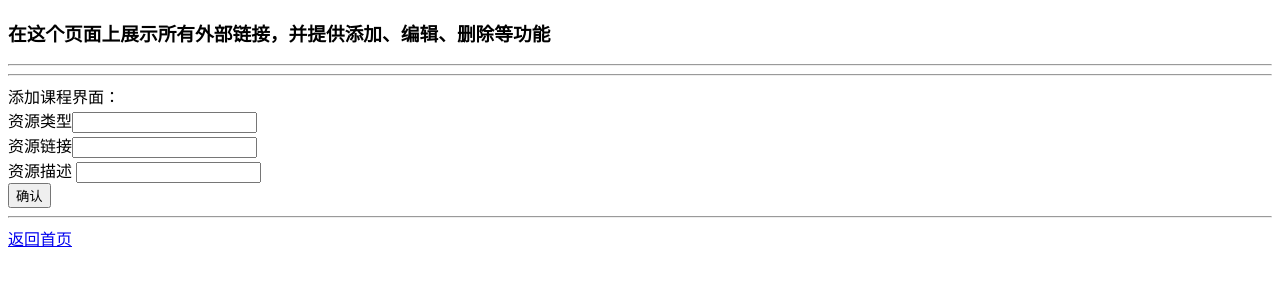
Repository: hbisheng/Academic-portal-website
Page: http://localhost/NewInfo/admin/media_manage.jsp
These files come from the project's save history. The page is drawn as it stood at one moment and after the next save; the edit follows.
The browser window is 1280 px wide. The pictures show the whole page.
The page is served by Tomcat 9. Other server files are loaded and not shown. Queries for data that is not in the repository find no rows.

Above is the page before, as saved 2014-09-21 14:56:04.

### Java_info/NewInfo/WebContent/admin/media_manage.jsp
<%@page import="edu.thu.cs.*"%>
<%@page import="jdbc.*"%>
<%@page import="java.util.*"%>

<%@ page language="java" contentType="text/html; charset=UTF-8"
    pageEncoding="UTF-8"%>
<!DOCTYPE html PUBLIC "-//W3C//DTD HTML 4.01 Transitional//EN" "http://www.w3.org/TR/html4/loose.dtd">
<html>
<head>
<meta http-equiv="Content-Type" content="text/html; charset=UTF-8">
<title>Insert title here</title>
</head>
<body>

<h3>在这个页面上展示所有外部链接，并提供添加、编辑、删除等功能</h3>


<%
	String this_url = "media_manage.jsp";
	JdbcDao jdbc = new JdbcDao();

	String action = request.getParameter("action");
	System.out.println(action);
	if(action != null)//删除某个课程
	{
		if(action.equals("delete"))
		{

		}
		else if(action.equals("yes_choose"))
		{

		}
	}
%>

<hr>
<%
	List<Integer> c= jdbc.getMediaIndex(0);
	int cnt = 0;
	if(c!=null){
		%><table>
		<tr><%

		for(Integer i : c)
		{
			++cnt;
			Media media = jdbc.getMedia(i);
			%><td><%=media.content %></td><%
			%><td><%=media.url %></td><%
			%><td><%=media.type%></td><%
		}
		%></tr><%
	}
%>

<hr><form name="添加外部资源"action=<%=this_url%> method="post">添加课程界面：
	<br/>资源类型<input type="text" name="type" />
	<br/>资源链接<input type="text" name="url" />
	<br/>资源描述 <input type="text" name="content" />
	<br/><input type="submit" name="add_confirm" value="确认" />
</form>
<%
	if(request.getParameter("add_confirm")!=null)//发布新课程
	{
		System.out.println("in add_confirm");
		try {
			Media m = new Media();

			String type = request.getParameter("type");
			if(type!=null)
				m.type = Integer.parseInt(type);

			m.url = request.getParameter("url");
			m.content = request.getParameter("content");

			if(m.isValid())
			{
				jdbc.addMedia(m);
				System.out.println("加入mediaID！");
				response.sendRedirect(this_url);
			}
			else{
				%>请补全所有信息，并注意type的表示（1：图片  2：音频  3：视频）<%
			}
		} catch (Exception e) {
			System.out.println(e);
		}
	}
%>


<hr><a href="../home.jsp">返回首页</a>
</body>
</html>

### Java_info/NewInfo/src/jdbc/JdbcDao.java
package jdbc;
import java.util.*;
import java.sql.*;
import edu.thu.cs.*;
import java.text.*;

public class JdbcDao {
	public String TAG = this.getClass().getName();
	public static String URL = "jdbc:mysql://localhost:3306/";
	public static String DATABASENAME = "info";
	static {
		try {
			Class.forName("com.mysql.jdbc.Driver");
		} catch (ClassNotFoundException e) {
			e.printStackTrace();
		}
	}

	public User addUser(User user) //参数user需要保证validate = true  需要提前检查重名
	{
		try {
			Connection conn = DriverManager.getConnection(URL + DATABASENAME,"root","");
			PreparedStatement Statement=conn.prepareStatement(
		    		"INSERT INTO user VALUES(NULL,?,?,?,?,?,?,?,?,?,?,?,?,?,?,?)");
		    Statement.setString(1,user.account);
		    Statement.setString(2,user.password);
		    Statement.setString(3,user.realname);
		    Statement.setString(4,user.nickname);
		    Statement.setString(5,user.sex);
		    Statement.setString(6,user.birth);
		    Statement.setString(7,user.phone);
		    Statement.setString(8,user.e_name);
		    Statement.setString(9,user.e_phone);
		    Statement.setString(10,user.address);
		    Statement.setString(11, user.qq);
		    Statement.setInt(12, user.verify);
		    Statement.setInt(13, user.permit_admin);
		    Statement.setInt(14, user.permit_post);
		    Statement.setInt(15, user.permit_login);
		    Statement.executeUpdate();
		    System.out.println("In addU:addUser");
		    if(conn != null)
		    	conn.close();
		    if(Statement != null)
		    	Statement.close();
		} catch (SQLException e) {
			e.printStackTrace();
		}
		user.id = 0;//search by account
		return getUser(user);
	}

	public User getUser(User user)//依次按照以下参数寻找  id, account, nickname, 它们都是唯一的，如果要跳过就置0或置null
	{
		User target = new User();
		target.id = 0;
		try {
			Connection conn = DriverManager.getConnection(URL + DATABASENAME,"root","");
			Statement stmt = conn.createStatement();
			ResultSet rs;
			if(user.id != 0)
			{
				 rs = stmt.executeQuery("select * from user where id="+user.id);
			}
			else if((user.account != null) && !(user.account.equals("")))
			{
				 rs = stmt.executeQuery("select * from user where account=\""+user.account+"\"");
			}
			else if((user.nickname != null)&& !(user.nickname.equals("")))
			{
				 rs = stmt.executeQuery("select * from user where nickname=\""+user.nickname+"\"");
				 System.out.println("getUser by nickname");
			}
			else
			{
				System.out.println("查找失败，没有提供足够的信息");
				return null;
			}
			while (rs.next()) {
		    	target.id = Integer.parseInt(rs.getString("id"));
		    	target.account = rs.getString("account");
		    	target.password = rs.getString("password");
		    	target.realname = rs.getString("realname");
		    	target.nickname = rs.getString("nickname");
		    	target.sex = rs.getString("sex");
		    	target.birth = rs.getString("birth");
		    	target.phone = rs.getString("phone");
		    	target.e_name = rs.getString("e_name");
		    	target.e_phone = rs.getString("e_phone");
		    	target.address = rs.getString("address");
		    	target.qq = rs.getString("qq");
		    	target.verify = Integer.parseInt(rs.getString("verify"));
		    	target.permit_admin = Integer.parseInt(rs.getString("permit_admin"));
		    	target.permit_post = Integer.parseInt(rs.getString("permit_post"));
		    	target.permit_login = Integer.parseInt(rs.getString("permit_login"));
			}
			if(conn != null)
		    	conn.close();
		    if(stmt != null)
		    	stmt.close();
		    if(rs != null)
		    	rs.close();
		} catch (SQLException e) {
			e.printStackTrace();
		}
		if(target.id == 0)//找不到该用户
		{
			System.out.println("没有找到符合要求的用户");
			return null;
		}
		else
			return target;
	}
	public void updateUser(User user)//the id has to be the old one, contents are new.
	{
		try {
			Connection conn = DriverManager.getConnection(URL + DATABASENAME,"root","");
			PreparedStatement Statement=conn.prepareStatement
					("update user set password=?,nickname=?, sex=?, birth=?,phone=?,"
					+ "e_name=?,e_phone=?,address=?,qq=?,verify=?,permit_admin=?,permit_post=?,permit_login=? where id ="+user.id);

			Statement.setString(1,user.password);
			Statement.setString(2,user.nickname);
			Statement.setString(3,user.sex);
			Statement.setString(4,user.birth);
			Statement.setString(5,user.phone);
			Statement.setString(6,user.e_name);
			Statement.setString(7,user.e_phone);
			Statement.setString(8,user.address);
			Statement.setString(9,user.qq);
			Statement.setInt(10, user.verify);
		    Statement.setInt(11, user.permit_admin);
		    Statement.setInt(12, user.permit_post);
		    Statement.setInt(13, user.permit_login);
		    Statement.executeUpdate();
		    if(conn != null)
		    	conn.close();
		    if(Statement != null)
		    	Statement.close();
		} catch (SQLException e) {
			e.printStackTrace();
		}
	}

	public List<Integer> getUserIndex() {
		List<Integer> list = new ArrayList<Integer>();
		try {
			Connection conn = DriverManager.getConnection(URL + DATABASENAME,"root","");
			Statement stmt = conn.createStatement();
			ResultSet rs = stmt.executeQuery("select * from user");
			while (rs.next()) {
				list.add(rs.getInt("id"));
			}
			if(conn != null)
		    	conn.close();
		    if(stmt != null)
		    	stmt.close();
		    if(rs != null)
		    	rs.close();
		} catch (SQLException e) {
			e.printStackTrace();
		}
		return list;
	}
	public void delUser(User user)
	{
		try {
			Connection conn = DriverManager.getConnection(URL + DATABASENAME,"root","");
			PreparedStatement Statement=conn.prepareStatement("delete from user where id=" + user.id);
			Statement.executeUpdate();
		} catch (SQLException e) {
			// TODO Auto-generated catch block
			e.printStackTrace();
		}
	}
	//About the course!!

	public int addCourse(Course course) //参数user需要保证validate = true  需要提前检查重名
	{
		int course_id = 0;
		try {
			Connection conn = DriverManager.getConnection(URL + DATABASENAME,"root","");
			PreparedStatement Statement=conn.prepareStatement(
		    		"INSERT INTO course VALUES(NULL,?,?,?,?,?,?,?,?)");
		    Statement.setInt(1,course.valid);
		    Statement.setString(2,course.name);
		    Statement.setString(3,course.teacher);
		    Statement.setString(4,course.content);
		    Statement.setInt(5,course.capacity);
		    Statement.setString(6,course.classtime);
		    Statement.setString(7,course.start_time);
		    Statement.setString(8,course.end_time);
		    Statement.executeUpdate();

		    Statement stmt = conn.createStatement();
		    ResultSet rs = stmt.executeQuery("select * from course where name=\""+course.name+"\" and teacher= \""+course.teacher+"\"");
		    while (rs.next()) {
				course_id = rs.getInt("id");
			}
		    if(conn != null)
		    	conn.close();
		    if(Statement != null)
		    	Statement.close();
		    if(stmt!=null)
		    	stmt.close();
		    if(rs!=null)
		    	rs.close();
		} catch (SQLException e) {
			e.printStackTrace();
		}
		return course_id;
	}

	public Course getCourse(int course_id)//依次按照以下参数寻找  id, account, nickname, 它们都是唯一的，如果要跳过就置0或置null
	{
		Course target = new Course();
		target.id = 0;
		try {
			Connection conn = DriverManager.getConnection(URL + DATABASENAME,"root","");
			Statement stmt = conn.createStatement();
			ResultSet rs;
			if(course_id != 0)
			{
				 rs = stmt.executeQuery("select * from course where id="+course_id+" and valid = 1");
			}
			else
			{
				System.out.println("查找失败,course中没有提供足够的信息");
				return null;
			}

			while (rs.next()) {
		    	target.id = Integer.parseInt(rs.getString("id"));
		    	target.valid = rs.getInt("valid");
		    	target.name = rs.getString("name");
		    	target.teacher = rs.getString("teacher");
		    	target.content = rs.getString("content");
		    	target.capacity = rs.getInt("capacity");
		    	target.classtime = rs.getString("classtime");
		    	target.start_time = rs.getString("start");
		    	target.end_time = rs.getString("end");
		    }
			if(conn != null)
		    	conn.close();
		    if(stmt != null)
		    	stmt.close();
		    if(rs != null)
		    	rs.close();
		} catch (SQLException e) {
			e.printStackTrace();
		}
		if(target.id == 0)//找不到该用户
		{
			System.out.println("没有找到符合要求的用户课程");
			return null;
		}
		else
			return target;
	}

	public void updateCourse(Course c)//the id has to be the old one, contents are new.
	{
		try {
			Connection conn = DriverManager.getConnection(URL + DATABASENAME,"root","");
			PreparedStatement Statement=conn.prepareStatement
			("update course set name=?,teacher=?, classtime=?, capacity=?, valid=?,"
					+ "content=?,start=?,end=? where id ="+c.id);
			Statement.setString(1,c.name);
			Statement.setString(2,c.teacher);
			Statement.setString(3,c.classtime);
			Statement.setInt(4,c.capacity);
			Statement.setInt(5,c.valid);
			Statement.setString(6,c.content);
			Statement.setString(7,c.start_time);
			Statement.setString(8,c.end_time);
		    Statement.executeUpdate();
		    if(conn != null)
		    	conn.close();
		    if(Statement != null)
		    	Statement.close();
		} catch (SQLException e) {
			e.printStackTrace();
		}
	}
	public void delCourse(int course_id) {
		try {
			Connection conn = DriverManager.getConnection(URL + DATABASENAME,"root","");
			PreparedStatement Statement=conn.prepareStatement("update course set valid = 0 where id=" + course_id);
			Statement.executeUpdate();
			if(conn != null)
		    	conn.close();
		    if(Statement != null)
		    	Statement.close();

		} catch (SQLException e) {
			// TODO Auto-generated catch block
			e.printStackTrace();
		}

		List<Integer> li = getUserCourse(course_id);
		for(Integer uid:li)
		{
			delUserCourse(uid, course_id);
		}
	}
	public List<Integer> getCourseIndex(int user_id)
	{
		List<Integer> list_c= new ArrayList<Integer>();
		try {
			Connection conn = DriverManager.getConnection(URL + DATABASENAME,"root","");
			Statement stmt = conn.createStatement();
			ResultSet rs;
			if(user_id == 0)
			{
				rs = stmt.executeQuery("select * from course where valid = 1");
				while(rs.next())
				{
					list_c.add(rs.getInt("id"));
				}
			}
			else
			{
				rs = stmt.executeQuery("select * from user_course where user_id="+user_id+" and valid = 1");
				while(rs.next())
				{
					list_c.add(rs.getInt("course_id"));
				}
			}

			if(conn != null)
		    	conn.close();
		    if(stmt != null)
		    	stmt.close();
		    if(rs != null)
		    	rs.close();
		} catch (SQLException e) {
			// TODO Auto-generated catch block
			e.printStackTrace();
		}
		return list_c;
	}

	public void addUserCourse(int uid, int cid)
	{
		int yesValid = 1;
		int yesNew = 1;
		try {
			Connection conn = DriverManager.getConnection(URL + DATABASENAME,"root","");
			PreparedStatement Statement=conn.prepareStatement("insert into user_course VALUES(?,?,?,?,?)");
			Statement.setInt(1,uid);
			Statement.setInt(2,cid);
			Statement.setInt(3,yesValid);
			Statement.setInt(4,yesNew);

			SimpleDateFormat df = new SimpleDateFormat("yyyy-MM-dd HH:mm:ss");
			Calendar c = Calendar.getInstance();
			Statement.setString(5, df.format(c.getTime()));

			Statement.executeUpdate();
			if(conn != null)
		    	conn.close();
		    if(Statement != null)
		    	Statement.close();

		} catch (SQLException e) {
			// TODO Auto-generated catch block
			e.printStackTrace();
		}
	}
	public void delUserCourse(int uid, int cid)
	{
		int yesValid = 0;
		int yesNew = 0;
		try {
			Connection conn = DriverManager.getConnection(URL + DATABASENAME,"root","");
			PreparedStatement Statement=conn.prepareStatement("update user_course set valid = 0 where course_id=? and user_id=?");
			Statement.setInt(1,cid);
			Statement.setInt(2,uid);
			Statement.executeUpdate();

			Statement=conn.prepareStatement("insert into user_course VALUES(?,?,?,?,?)");
			Statement.setInt(1,uid);
			Statement.setInt(2,cid);
			Statement.setInt(3,yesValid);
			Statement.setInt(4,yesNew);

			SimpleDateFormat df = new SimpleDateFormat("yyyy-MM-dd HH:mm:ss");
			Calendar c = Calendar.getInstance();
			Statement.setString(5, df.format(c.getTime()));
			Statement.executeUpdate();

			if(conn != null)
		    	conn.close();
		    if(Statement != null)
		    	Statement.close();
		} catch (SQLException e) {
			// TODO Auto-generated catch block
			e.printStackTrace();
		}
	}
	public int checkUserCourse(int uid, int cid)
	{
		try {
			//sSystem.out.println("In checkUC uid:"+uid+" cid: "+cid);
			Connection conn = DriverManager.getConnection(URL + DATABASENAME,"root","");
			Statement stmt = conn.createStatement();
			ResultSet rs = stmt.executeQuery("select * from user_course where course_id="+cid+" and valid=1 and user_id="+uid);

			String s = null;
			while(rs.next())
			{
				s = rs.getString("time");
			}
			if(s != null)
			{
				return 1;
			}
			conn.close();
			stmt.close();
			rs.close();
		} catch (SQLException e) {
			// TODO Auto-generated catch block
			e.printStackTrace();
		}
		//System.out.println("return 0");
		return 0;
	}

	public List<Integer> getUserCourse(int course_id)//get the list of the users_id that has this course
	{
		List<Integer> list_c= new ArrayList<Integer>();
		try {
			Connection conn = DriverManager.getConnection(URL + DATABASENAME,"root","");
			Statement stmt = conn.createStatement();
			ResultSet rs;
			if(course_id == 0)
			{
				System.out.println("In getUserCourse 没有提供课程编号");
				return null;
			}
			else
			{
				rs = stmt.executeQuery("select * from user_course where course_id="+course_id+" and valid=1");
				while(rs.next())
				{
					list_c.add(rs.getInt("user_id"));
				}
			}
			if(conn != null)
		    	conn.close();
		    if(stmt != null)
		    	stmt.close();
		    if(rs != null)
		    	rs.close();
		} catch (SQLException e)
		{
			// TODO Auto-generated catch block
			e.printStackTrace();
		}
		return list_c;
	}
	public List<UserCourse> getUserCourseHistory(int user_id)//get the list of the users_id that has this course
	{
		List<UserCourse> list_c= new ArrayList<UserCourse>();
		try {
			Connection conn = DriverManager.getConnection(URL + DATABASENAME,"root","");
			Statement stmt = conn.createStatement();
			ResultSet rs;
			if(user_id == 0)
			{
				System.out.println("In getUserCourseHistory 没有提供user编号");
				return null;
			}
			else
			{
				rs = stmt.executeQuery("select * from user_course where user_id="+user_id);
				while(rs.next())
				{
					UserCourse tmp = new UserCourse();
					tmp.user_id = rs.getInt("user_id");
					tmp.course_id = rs.getInt("course_id");
					tmp.valid = rs.getInt("valid");
					tmp.operation = rs.getInt("operation");
					tmp.time = rs.getString("time").substring(0, 19);
					list_c.add(tmp);
				}
			}
			if(conn != null)
		    	conn.close();
		    if(stmt != null)
		    	stmt.close();
		    if(rs != null)
		    	rs.close();
		} catch (SQLException e)
		{
			// TODO Auto-generated catch block
			e.printStackTrace();
		}
		return list_c;
	}

	public void addCategory(Category c)
	{
		try {
			Connection conn = DriverManager.getConnection(URL + DATABASENAME,"root","");
			PreparedStatement Statement=conn.prepareStatement("insert into category VALUES(NULL,?)");
			Statement.setString(1,c.name);
			Statement.executeUpdate();
			if(conn != null)
		    	conn.close();
		    if(Statement != null)
		    	Statement.close();
		} catch (SQLException e) {
			// TODO Auto-generated catch block
			e.printStackTrace();
		}
	}
	public Category getCategory(int id)
	{
		Category c = new Category();
		try {
			Connection conn = DriverManager.getConnection(URL + DATABASENAME,"root","");
			Statement stmt = conn.createStatement();
			ResultSet rs = stmt.executeQuery("select * from category where id ="+id);
		    while (rs.next()) {
		    	c.id = rs.getInt("id");
		    	c.name = rs.getString("Name");
		    }
		    if(conn != null)
		    	conn.close();
		    if(stmt != null)
		    	stmt.close();
		    if(rs != null)
		    	rs.close();
		} catch (SQLException e) {
			// TODO Auto-generated catch block
			e.printStackTrace();
		}
		return c;
	}
	public void delCategory(int category_id)
	{
		try {
			Connection conn = DriverManager.getConnection(URL + DATABASENAME,"root","");
			PreparedStatement Statement=conn.prepareStatement("delete from category where id=" + category_id);
			Statement.executeUpdate();
		} catch (SQLException e) {
			// TODO Auto-generated catch block
			e.printStackTrace();
		}
	}
	public List<Integer> getCategoryIndex()
	{
		List<Integer> list_c= new ArrayList<Integer>();
		try {
			Connection conn = DriverManager.getConnection(URL + DATABASENAME,"root","");
			Statement stmt = conn.createStatement();
			ResultSet rs = stmt.executeQuery("select * from category");
			while(rs.next())
		 	{
				list_c.add(rs.getInt("id"));
			}
			if(conn != null)
		    	conn.close();
		    if(stmt != null)
		    	stmt.close();
		    if(rs != null)
		    	rs.close();
		} catch (SQLException e) {
			// TODO Auto-generated catch block
			e.printStackTrace();
		}
		return list_c;
	}


	public int addPost(Post post){
		int post_id=0;
		try {
			Connection conn = DriverManager.getConnection(URL + DATABASENAME,"root","");
			PreparedStatement Statement=conn.prepareStatement("insert into post VALUES(NULL,?,?,?,?)");
			Statement.setInt(1,post.category_id);
		    Statement.setString(2,post.topic);
		    Statement.setString(3,post.initiator);
		    SimpleDateFormat df = new SimpleDateFormat("yyyy-MM-dd HH:mm:ss");
			Calendar c = Calendar.getInstance();
			Statement.setString(4, df.format(c.getTime()));
		    Statement.executeUpdate();

		    Statement stmt = conn.createStatement();
			ResultSet rs = stmt.executeQuery("select * from post where topic=\""+post.topic+"\" and category_id = "+post.category_id);
		    while (rs.next()) {
				post_id = rs.getInt("id");
			}

		    if(conn != null)
		    	conn.close();
		    if(Statement != null)
		    	Statement.close();
		    if(stmt != null)
		    	stmt.close();
		    if(rs != null)
		    	rs.close();

		} catch (SQLException e) {
			// TODO Auto-generated catch block
			e.printStackTrace();
		}
		return post_id;
	}
	public void delPost(int post_id)
	{
		try {
			Connection conn = DriverManager.getConnection(URL + DATABASENAME,"root","");
			PreparedStatement Statement=conn.prepareStatement("delete from post where id=" + post_id);
			Statement.executeUpdate();
			if(conn != null)
		    	conn.close();
		    if(Statement != null)
		    	Statement.close();
		} catch (SQLException e) {
			// TODO Auto-generated catch block
			e.printStackTrace();
		}
	}

	public Post getPost(int post_id)
	{
		Post p = new Post();
		try {
			Connection conn = DriverManager.getConnection(URL + DATABASENAME,"root","");
			Statement stmt = conn.createStatement();
			ResultSet rs = stmt.executeQuery("select * from post where id ="+post_id);
		    while (rs.next()) {
		    	p.id = rs.getInt("id");
		    	p.category_id = rs.getInt("category_id");
		    	p.initiator = rs.getString("initiator");
		    	p.topic = rs.getString("topic");
		    	p.time = rs.getString("time").substring(0,19);
		    }
		    if(conn != null)
		    	conn.close();
		    if(stmt != null)
		    	stmt.close();
		    if(rs != null)
		    	rs.close();
		} catch (SQLException e) {
			// TODO Auto-generated catch block
			e.printStackTrace();
		}
		return p;
	}

	public List<Integer> getPostIndex(int category_id)
	{
		List<Integer> list_c= new ArrayList<Integer>();
		try {
			Connection conn = DriverManager.getConnection(URL + DATABASENAME,"root","");
			Statement stmt = conn.createStatement();
			ResultSet rs = stmt.executeQuery("select * from post where category_id="+category_id);
			while(rs.next())
		 	{
				list_c.add(rs.getInt("id"));
			}
			if(conn != null)
		    	conn.close();
		    if(stmt != null)
		    	stmt.close();
		    if(rs != null)
		    	rs.close();
		} catch (SQLException e) {
			// TODO Auto-generated catch block
			e.printStackTrace();
		}
		return list_c;
	}


	public int addReply(Reply reply){
		try {
			Connection conn = DriverManager.getConnection(URL + DATABASENAME,"root","");
			PreparedStatement Statement=conn.prepareStatement("INSERT INTO reply VALUES(NULL,?,?,?,?)");
			Statement.setString(1,reply.content);
		    Statement.setString(2,Integer.toString(reply.post_id));
		    Statement.setString(3,Integer.toString(reply.user_id));
		    SimpleDateFormat df = new SimpleDateFormat("yyyy-MM-dd HH:mm:ss");
			Calendar c = Calendar.getInstance();
			Statement.setString(4, df.format(c.getTime()));
		    Statement.executeUpdate();
		    if(conn != null)
		    	conn.close();
		    if(Statement != null)
		    	Statement.close();
		} catch (SQLException e) {
			// TODO Auto-generated catch block
			e.printStackTrace();
		}
		return 0;
	}
	public List<Reply> getReplyList(int post_id)
	{
		List<Reply> list_c= new ArrayList<Reply>();
		try {
			Connection conn = DriverManager.getConnection(URL + DATABASENAME,"root","");
			Statement stmt = conn.createStatement();
			ResultSet rs = stmt.executeQuery("select * from reply where post_id="+post_id);
			while(rs.next())
		 	{
				Reply tmp = new Reply();
				tmp.id = rs.getInt("id");
				tmp.post_id = post_id;
				tmp.content = rs.getString("content");
				tmp.user_id = rs.getInt("user_id");
				tmp.time = rs.getString("time").substring(0,19);
				list_c.add(tmp);
			}
			if(conn != null)
		    	conn.close();
		    if(stmt != null)
		    	stmt.close();
		    if(rs != null)
		    	rs.close();
		} catch (SQLException e) {
			// TODO Auto-generated catch block
			e.printStackTrace();
		}
		return list_c;
	}
	public void delReply(int id)
	{
		try {
			Connection conn = DriverManager.getConnection(URL + DATABASENAME,"root","");
			PreparedStatement Statement=conn.prepareStatement("delete from reply where id=" + id);
			Statement.executeUpdate();
		} catch (SQLException e) {
			// TODO Auto-generated catch block
			e.printStackTrace();
		}
	}

	public void addMedia(Media m){
		try {
			Connection conn = DriverManager.getConnection(URL + DATABASENAME,"root","");
			PreparedStatement Statement=conn.prepareStatement("insert into media VALUES(NULL,?,?,?,?)");
			Statement.setInt(1,m.type);
		    Statement.setString(2,m.url);
		    Statement.setString(3,m.name);
		    Statement.setString(4,m.content);
		    Statement.executeUpdate();

		    conn.close();
		    Statement.close();
		} catch (SQLException e) {
			// TODO Auto-generated catch block
			e.printStackTrace();
		}
	}
	public void delMedia(int media_id)
	{
		try {
			Connection conn = DriverManager.getConnection(URL + DATABASENAME,"root","");
			PreparedStatement Statement=conn.prepareStatement("delete from media where id=" + media_id);
			Statement.executeUpdate();
		} catch (SQLException e) {
			// TODO Auto-generated catch block
			e.printStackTrace();
		}
	}

	public Media getMedia(int media_id)
	{
		Media p = new Media();
		try {
			Connection conn = DriverManager.getConnection(URL + DATABASENAME,"root","");
			Statement stmt = conn.createStatement();
			ResultSet rs = stmt.executeQuery("select * from media where id ="+media_id);
		    while (rs.next()) {
		    	p.id = rs.getInt("id");
		    	p.name = rs.getString("name");
		    	p.type = rs.getInt("type");
		    	p.url = rs.getString("url");
		    	p.content = rs.getString("content");
		    }
		} catch (SQLException e) {
			// TODO Auto-generated catch block
			e.printStackTrace();
		}
		return p;
	}

	public List<Integer> getMediaIndex(int type)
	{
		List<Integer> list_c= new ArrayList<Integer>();
		try {
			Connection conn = DriverManager.getConnection(URL + DATABASENAME,"root","");
			Statement stmt = conn.createStatement();
			ResultSet rs = null;
			if(type == 0)
				 rs = stmt.executeQuery("select * from media");
			else
				 rs = stmt.executeQuery("select * from media where type="+type);
			while(rs.next())
				list_c.add(rs.getInt("id"));
			conn.close();
			stmt.close();
			rs.close();
		} catch (SQLException e) {
			// TODO Auto-generated catch block
			e.printStackTrace();
		}
		return list_c;
	}

	public Status getStatus()
	{
		Status s = new Status();
		try {
			Connection conn = DriverManager.getConnection(URL + DATABASENAME,"root","");
			Statement stmt = conn.createStatement();
			ResultSet rs = stmt.executeQuery("select * from status");
		    while (rs.next()) {
		    	s.choose = rs.getInt("choose");
		    }
		} catch (SQLException e) {
			// TODO Auto-generated catch block
			e.printStackTrace();
		}
		return s;
	}
	public void updateStatus(Status s)
	{
		try {
			Connection conn = DriverManager.getConnection(URL + DATABASENAME,"root","");
			PreparedStatement Statement=conn.prepareStatement
					("update status set choose=?");
			Statement.setInt(1,s.choose);
		    Statement.executeUpdate();
		} catch (SQLException e) {
			// TODO Auto-generated catch block
			e.printStackTrace();
		}
	}


	public void addToken(Token c)
	{
		try {
			Connection conn = DriverManager.getConnection(URL + DATABASENAME,"root","");
			PreparedStatement Statement=conn.prepareStatement("insert into token VALUES(?,?,?)");
			Statement.setInt(1,c.operation);
			Statement.setInt(2,c.user_id);
			Statement.setString(3,c.content);
			Statement.executeUpdate();


		    conn.close();
		    Statement.close();
		} catch (SQLException e) {
			// TODO Auto-generated catch block
			e.printStackTrace();
		}
	}
	public Token getToken(String content)
	{
		Token c = new Token();
		try {
			Connection conn = DriverManager.getConnection(URL + DATABASENAME,"root","");
			Statement stmt = conn.createStatement();
			ResultSet rs = stmt.executeQuery("select * from token where content= \""+content+"\"");
		    while (rs.next()) {
		    	c.operation = rs.getInt("operation");
		    	c.user_id = rs.getInt("user_id");
		    	c.content = content;
		    }
		} catch (SQLException e) {
			// TODO Auto-generated catch block
			e.printStackTrace();
		}
		return c;
	}


}

After the next save:
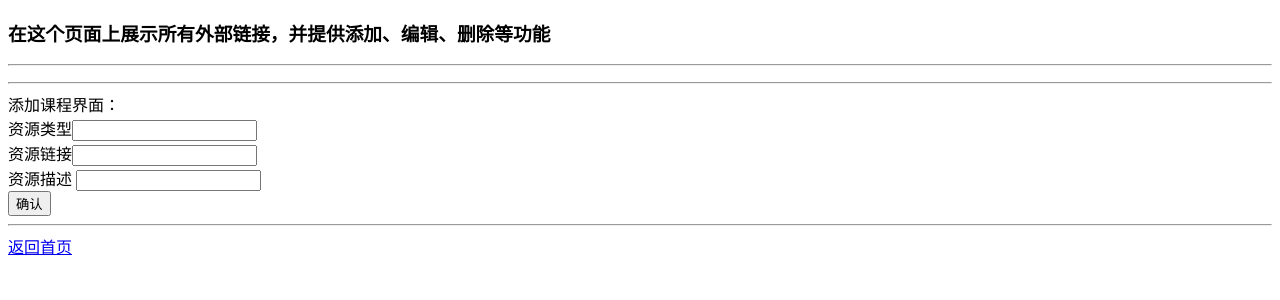
Saved 21 s later.
--- a/Java_info/NewInfo/WebContent/admin/media_manage.jsp
+++ b/Java_info/NewInfo/WebContent/admin/media_manage.jsp
@@ -40,17 +40,17 @@
 	int cnt = 0;
 	if(c!=null){
 		%><table>
-		<tr><%
+		<%
 
 		for(Integer i : c)
 		{
 			++cnt;
 			Media media = jdbc.getMedia(i);
-			%><td><%=media.content %></td><%
+			%><tr><td><%=media.content %></td><%
 			%><td><%=media.url %></td><%
 			%><td><%=media.type%></td><%
 		}
-		%></tr><%
+		%></table><%
 	}
 %>
 
